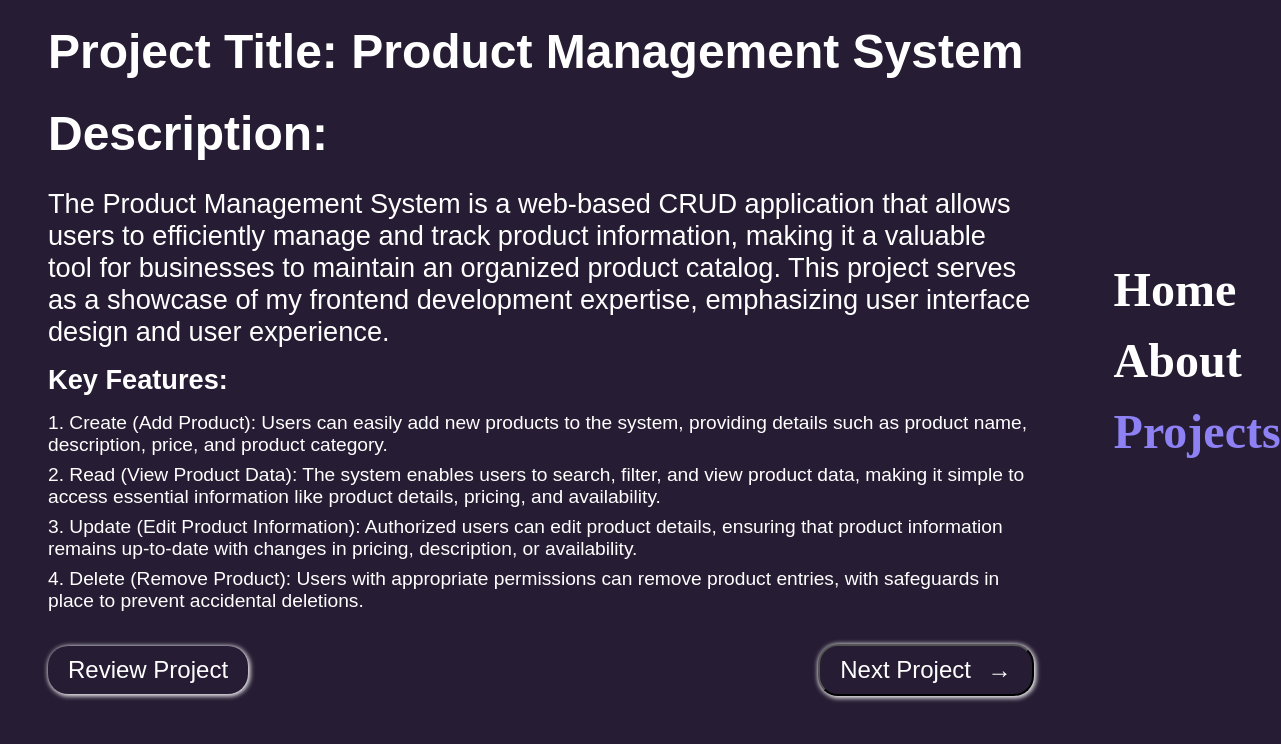
Repository: ahamdy997/portfolio
Page: /projects
These files come from the project's save history. The page is drawn as it stood at one moment and after the next save; the edit follows.
The browser window is 1280 px wide. The page is 1281 px wide, so the pictures cover 1281 px, including what lies to the right of the window. The pictures show the whole page.
The project was rebuilt for these pictures with package versions that can differ from the ones it lists, and the page was loaded fresh each time. Also part of the build but not shown: vue.config.js, src/components/HelloWorld.vue, src/views/HomeView.vue.

Above is the page before, as saved 2023-11-06 01:34:54.

After the next save:
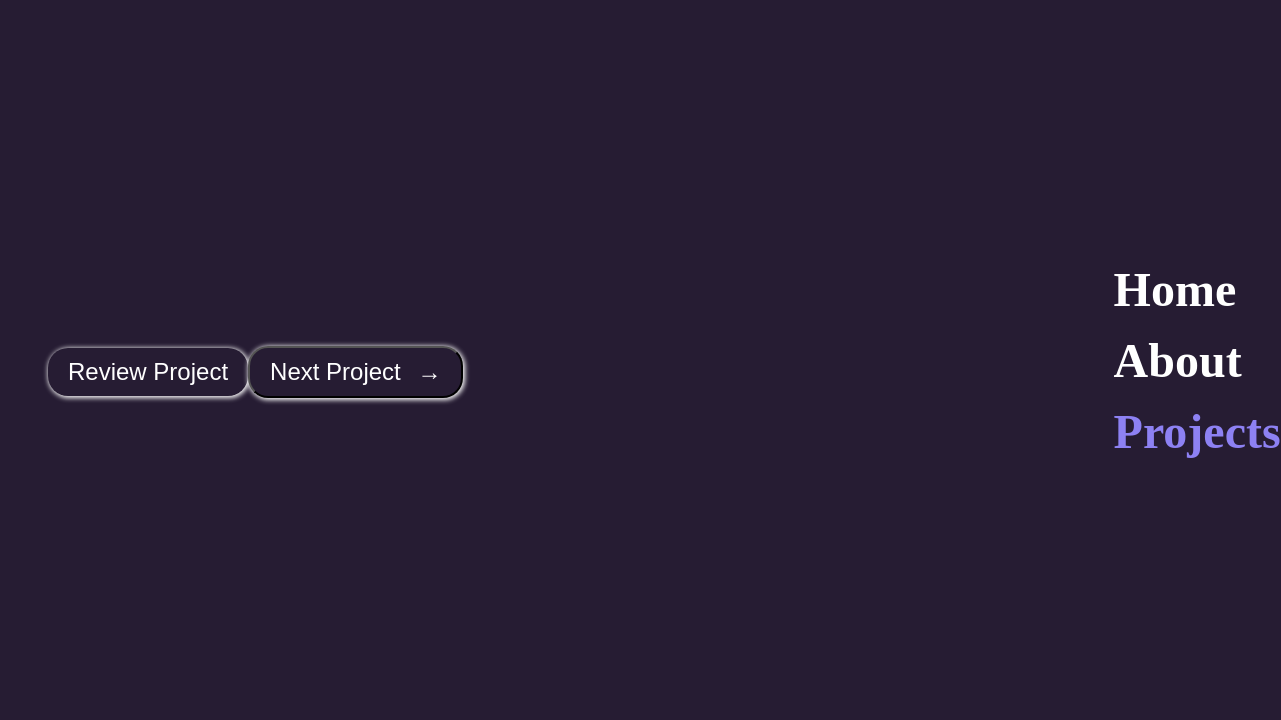
Saved 3 min 28 s later.
--- a/src/views/ProjectView.vue
+++ b/src/views/ProjectView.vue
@@ -1,39 +1,6 @@
 <template>
   <div>
-    <div>
-      <h2>Project Title: Product Management System</h2>
-      <h2>Description:</h2>
-      <p>
-        The Product Management System is a web-based CRUD application that
-        allows users to efficiently manage and track product information, making
-        it a valuable tool for businesses to maintain an organized product
-        catalog. This project serves as a showcase of my frontend development
-        expertise, emphasizing user interface design and user experience.
-      </p>
-      <ol>
-        <h3>Key Features:</h3>
-        <li>
-          Create (Add Product): Users can easily add new products to the system,
-          providing details such as product name, description, price, and
-          product category.
-        </li>
-        <li>
-          Read (View Product Data): The system enables users to search, filter,
-          and view product data, making it simple to access essential
-          information like product details, pricing, and availability.
-        </li>
-        <li>
-          Update (Edit Product Information): Authorized users can edit product
-          details, ensuring that product information remains up-to-date with
-          changes in pricing, description, or availability.
-        </li>
-        <li>
-          Delete (Remove Product): Users with appropriate permissions can remove
-          product entries, with safeguards in place to prevent accidental
-          deletions.
-        </li>
-      </ol>
-    </div>
+    <component></component>
     <div class="view">
       <a href="https://ahamdy997.github.io/CRUDS-System/" target="_blank"
         >Review Project</a
@@ -105,6 +72,7 @@ export default {
   data() {
     return {
       counter: 0,
+      component: "CRUD",
     };
   },
   methods: {
